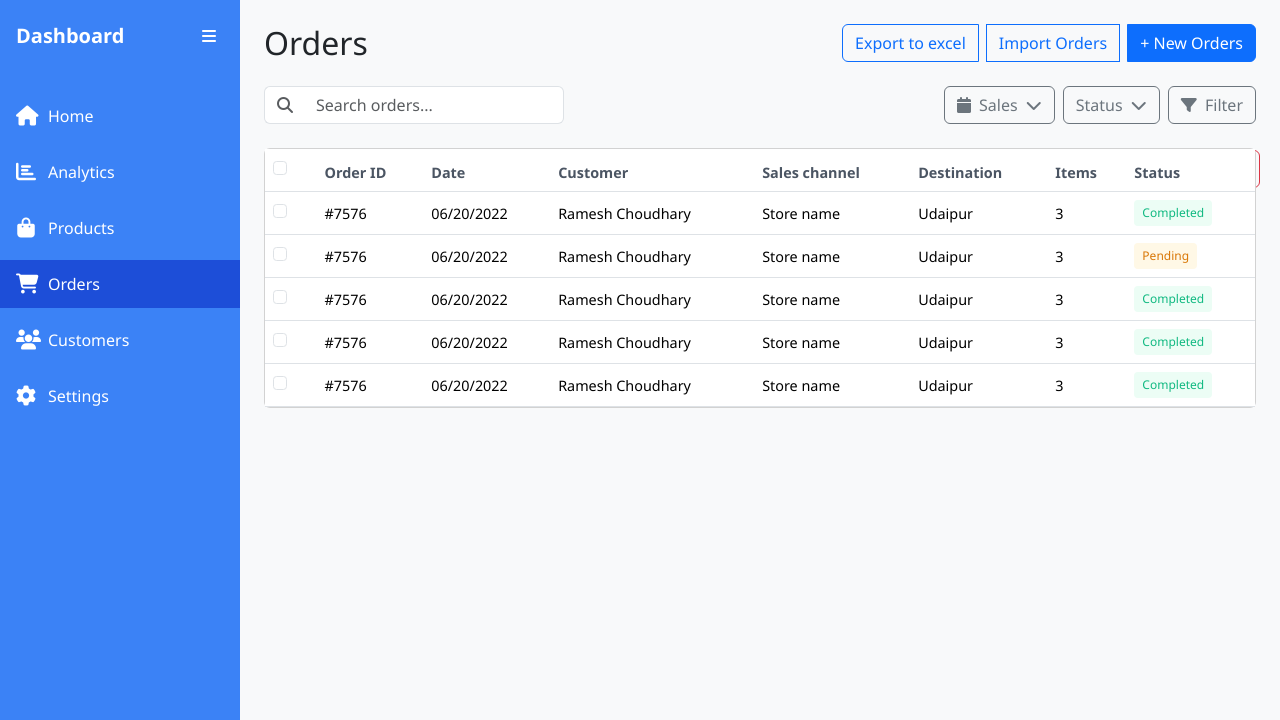
Repository: AditiAjitSalvi/Inventory_Managment
Page: Inventory_Managment_System/Inventory/src/main/webapp/Order.html
The author's editor kept a copy of each file at every save. The page is drawn from the files as they stood at one save, then again after the next save.
The browser window is 1280 px wide. The pictures show the whole page.

Above is the page before, as saved 2025-05-22 15:59:34.
Console error: TypeError: Cannot read properties of null (reading 'getContext')

After the next save:
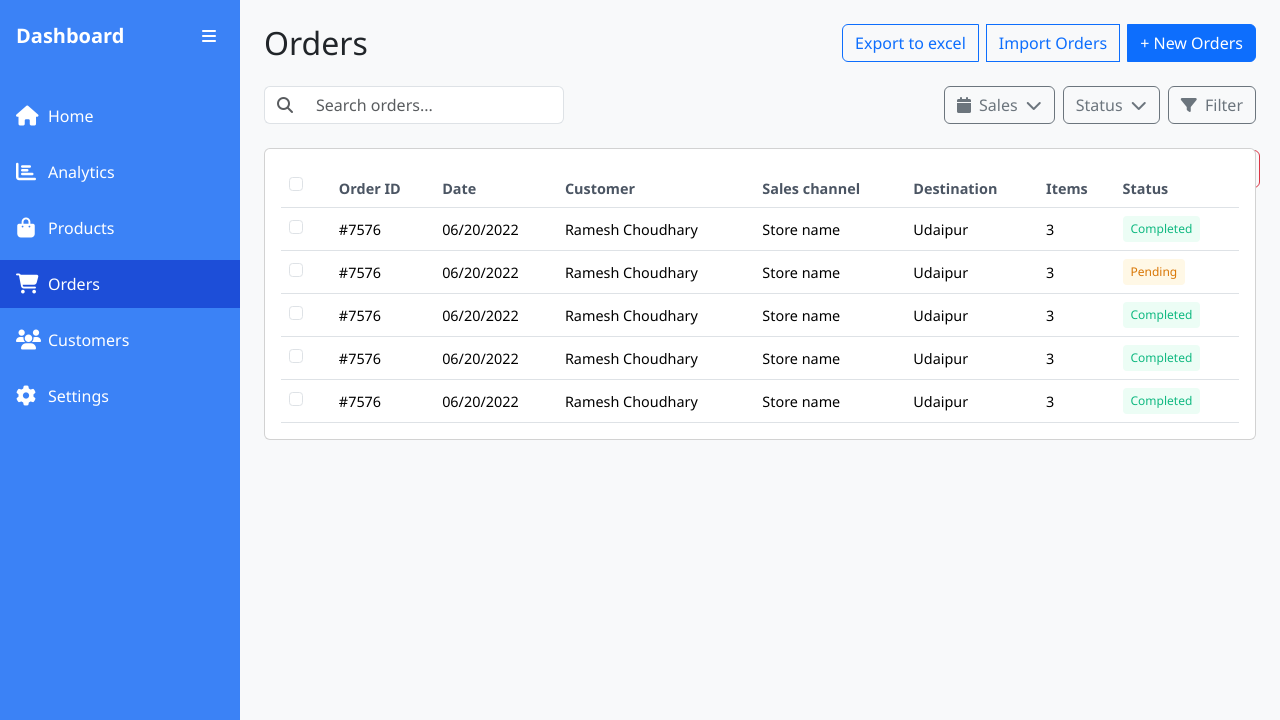
Saved 38 s later.
--- a/Inventory_Managment_System/Inventory/src/main/webapp/Order.html
+++ b/Inventory_Managment_System/Inventory/src/main/webapp/Order.html
@@ -320,7 +320,7 @@
 
 
 				<div class="card">
-					<div class="card-body p-0">
+					<div class="card-body p-10">
 						<div class="table-responsive">
 							<table class="table order-table mb-0">
 								<thead>

After the save that followed:
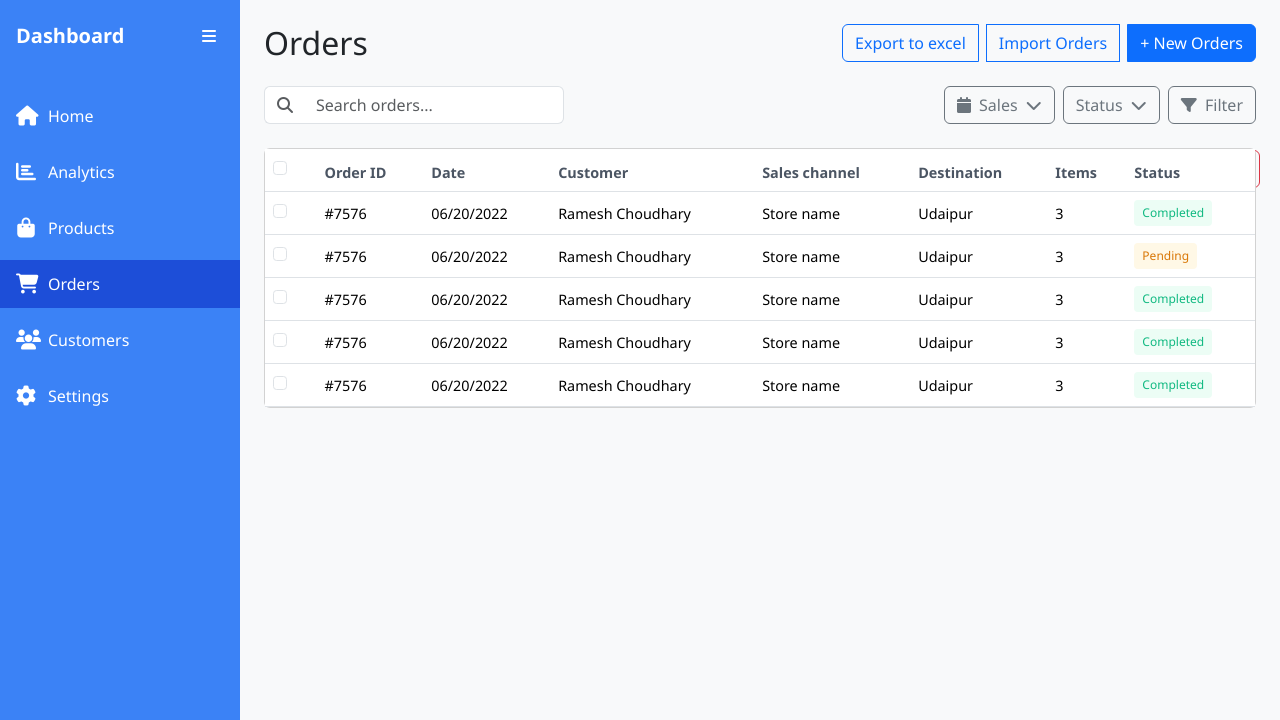
Saved 8 s later.
--- a/Inventory_Managment_System/Inventory/src/main/webapp/Order.html
+++ b/Inventory_Managment_System/Inventory/src/main/webapp/Order.html
@@ -320,7 +320,7 @@
 
 
 				<div class="card">
-					<div class="card-body p-10">
+					<div class="card-body p-0">
 						<div class="table-responsive">
 							<table class="table order-table mb-0">
 								<thead>
